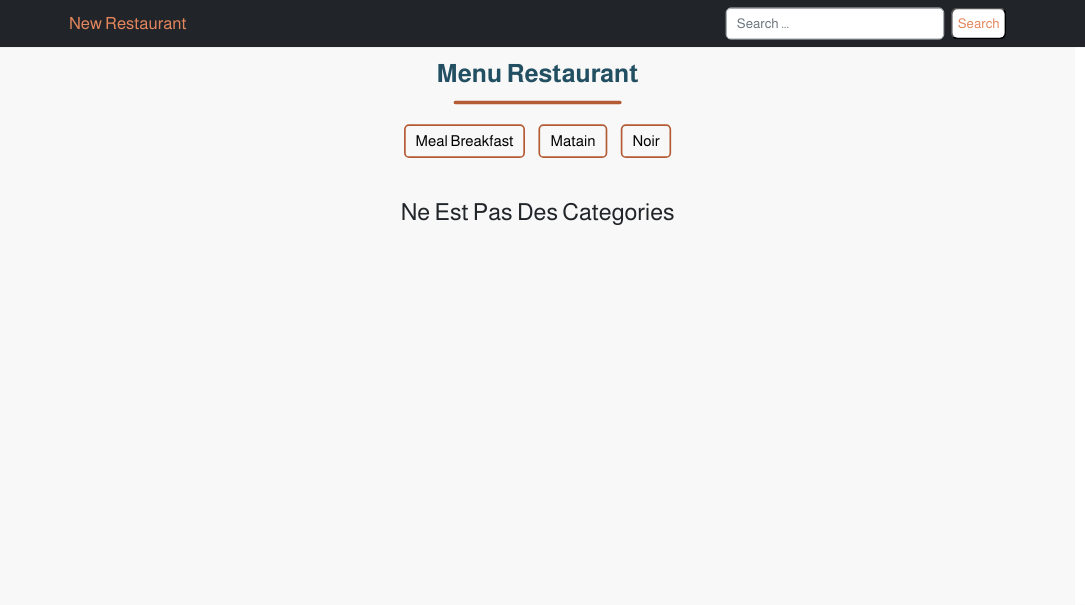
Repository: SD-Mdouka/react-table
Page: /
These files come from the project's save history. The page is drawn as it stood at one moment and after the next save; the edit follows.
The browser window is 1280 px wide. The page is 1292 px wide, so the pictures cover 1292 px, including what lies to the right of the window. The pictures show the whole page, at 84% of full size.
The project was rebuilt for these pictures with package versions that can differ from the ones it lists, and the page was loaded fresh each time.

Above is the page before, as saved 2022-10-11 17:37:29.

After the next save:
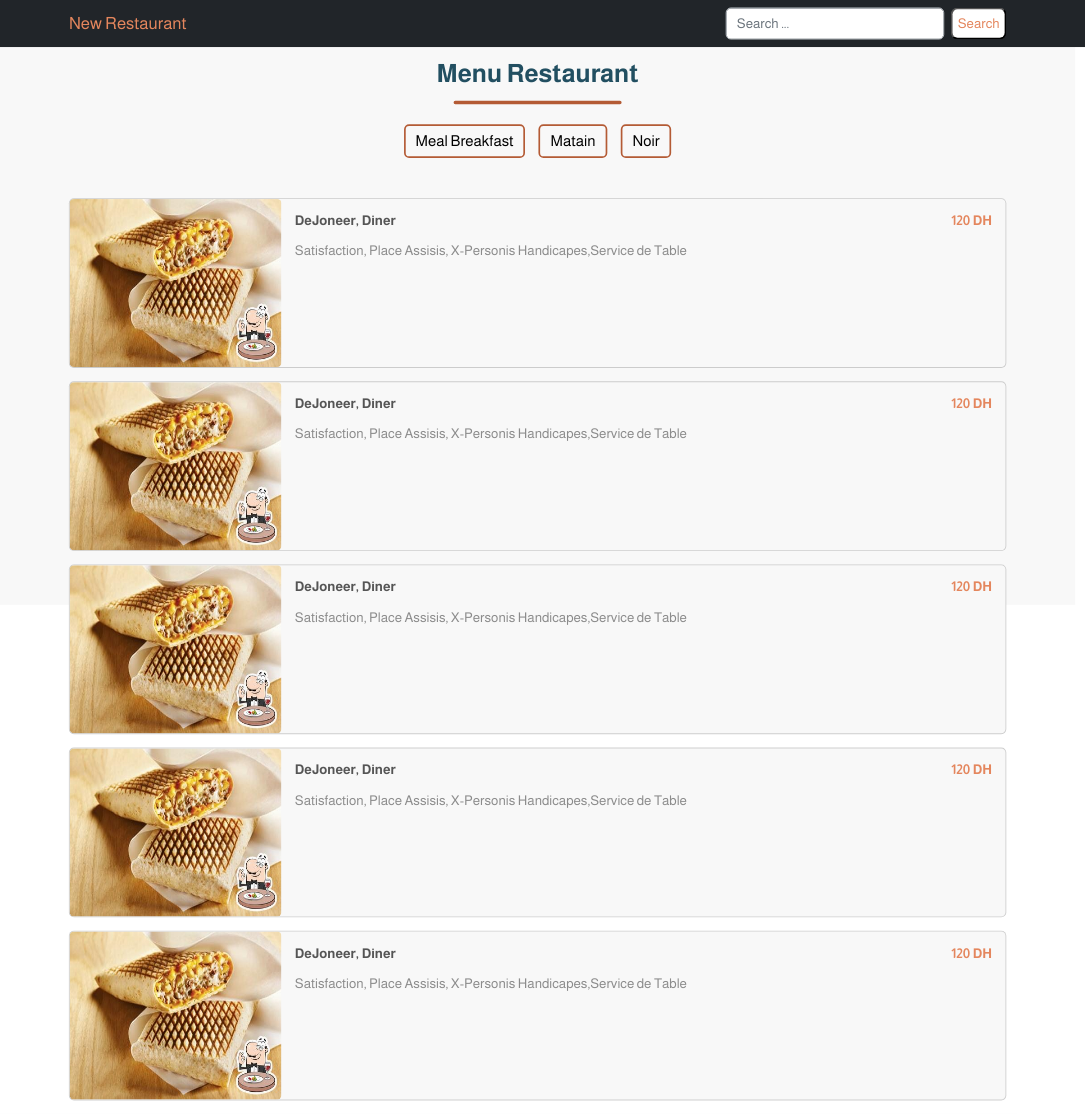
Saved 2 min 55 s later.
--- a/src/components/ItemsList.tsx
+++ b/src/components/ItemsList.tsx
@@ -3,7 +3,7 @@ import { Row, Col, Card } from "react-bootstrap";
 const ItemsList = ({ itemData }: { itemData: any }) => {
   return (
     <Row className="">
-      {itemData.lenght >= 1 ? (
+      {itemData.length >= 1 ? (
         itemData.map((item: any) => {
           const { title, imgUrl, price, description } = item;
           return (
